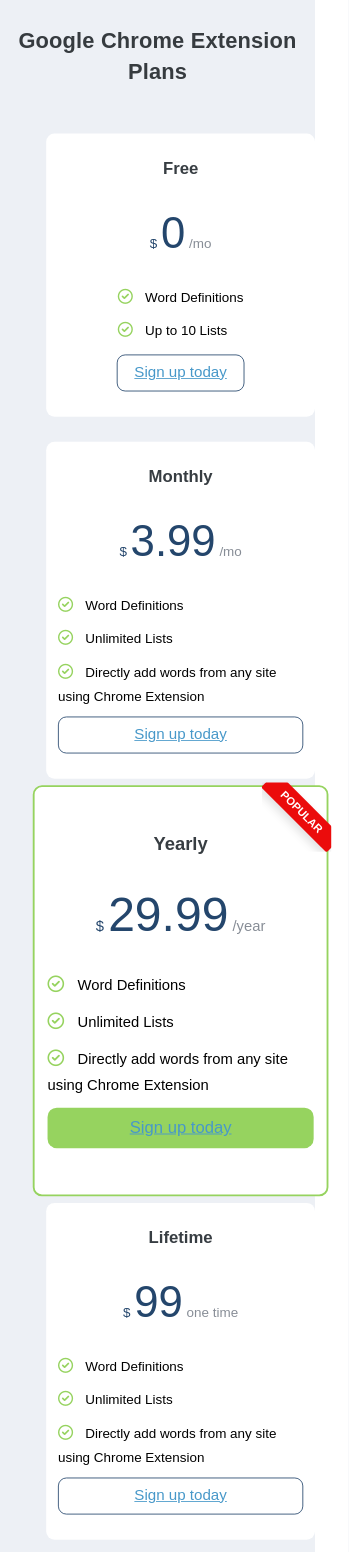
Repository: Novoselets28/chatos-test-task
Page: index.html
These files come from the project's save history. The page is drawn as it stood at one moment and after the next save; the edit follows.
The browser window is 375 px wide. The page is 415 px wide, so the pictures cover 415 px, including what lies to the right of the window. The pictures show the whole page, at 84% of full size.

Above is the page before, as saved 2023-04-20 01:04:34.

After the next save:
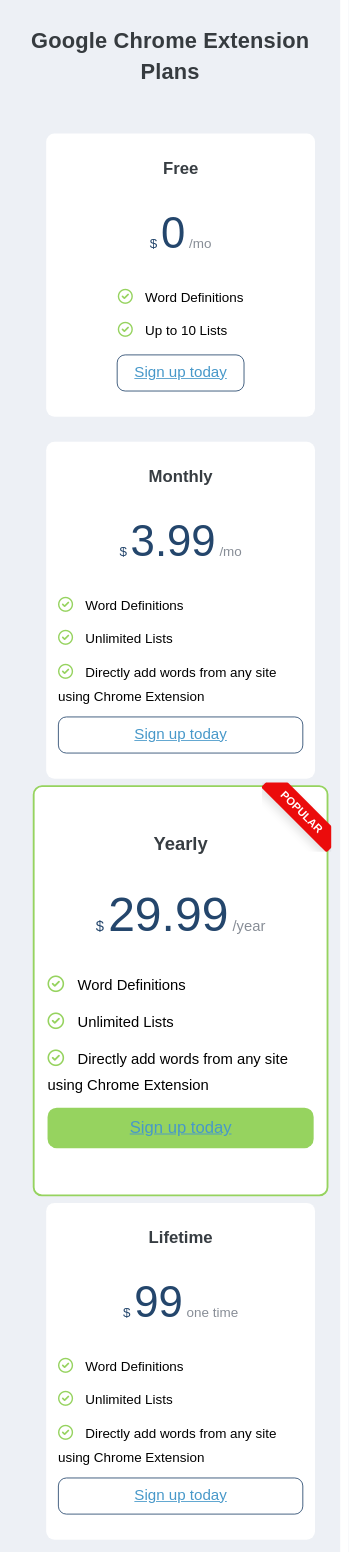
Saved 60 s later.
--- a/index.css
+++ b/index.css
@@ -19,21 +19,21 @@
 
 @media (max-width: 1024px){
     ._container{
-        max-width: none;
+        width: 100%;
         height: auto;
     }
 }
 
 @media (max-width: 768px){
     ._container{
-        max-width: none;
+        width: 100%;
         height: auto;
     }
 }
 
-@media (max-width: 375px){
+@media (max-width: 425px){
     ._container{
-        max-width: none;
+        width: 100%;
         height: auto;
     }
 }
